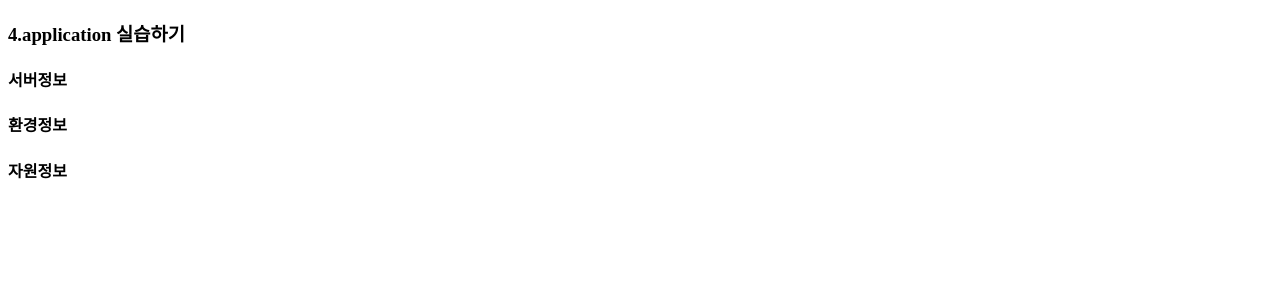
Repository: Jinwoooooooo/GCA_JSP
Page: http://localhost/ch03/4.application.jsp
These files come from the project's save history. The page is drawn as it stood at one moment and after the next save; the edit follows.
The browser window is 1280 px wide. The pictures show the whole page.
The page is served by Tomcat 9.

Above is the page before, as saved 2025-02-04 02:27:53.

### ch03/src/main/webapp/4.application.jsp
<%@ page language="java" contentType="text/html; charset=UTF-8"
    pageEncoding="UTF-8"%>
<!DOCTYPE html>
<html>
<head>
<meta charset="UTF-8">
<title>4.application</title>

<!--
	날짜 : 2025/02/04
	이름 : 정진우
	내용 : JSP 내장객체 application 실습하기
-->

</head>
<body>
	<h3>4.application 실습하기</h3>

	<h4>서버정보</h4>
	<h4>환경정보</h4>
	<h4>자원정보</h4>
</body>
</html>

After the next save:
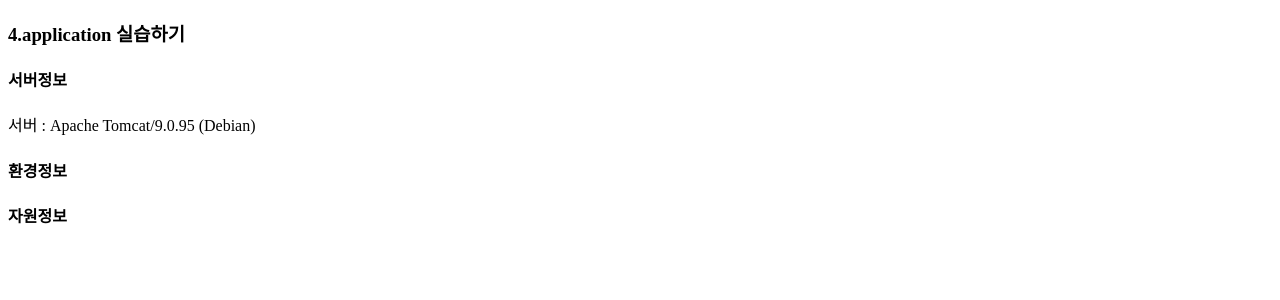
Saved 35 s later.
--- a/ch03/src/main/webapp/4.application.jsp
+++ b/ch03/src/main/webapp/4.application.jsp
@@ -17,7 +17,15 @@
 	<h3>4.application 실습하기</h3>
 
 	<h4>서버정보</h4>
+	<p>
+		서버 : <%= application.getServerInfo() %>
+	</p>
+
 	<h4>환경정보</h4>
+
+
 	<h4>자원정보</h4>
+
+
 </body>
 </html>
